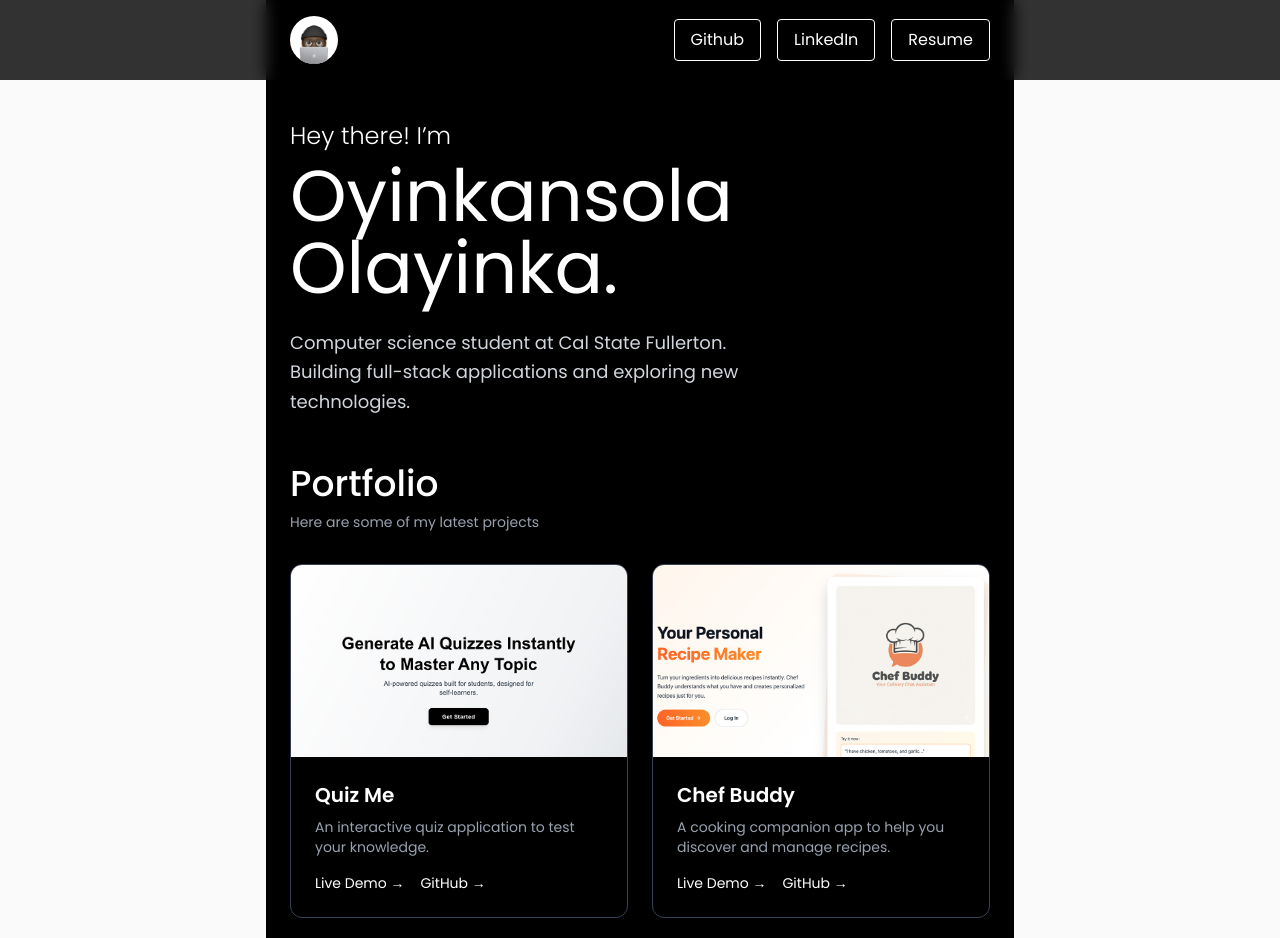
Repository: olasores/olasores-portfolio
Page: /
An editor plug-in stored every save of this project. The page is shown before and after the next save, followed by the edit.
The browser window is 1280 px wide. The pictures show the whole page.
The project was rebuilt for these pictures with package versions that can differ from the ones it lists, and the page was loaded fresh each time. The framework's server and built-in components were replaced by stand-ins that run in the browser. Also part of the build but not shown: next.config.ts.

Above is the page before, as saved 2025-11-11 13:12:04.

### app/layout.tsx
import type { Metadata } from "next";
import { Poppins } from "next/font/google";
import "./globals.css";
import Navbar from "./components/Navbar";

const poppins = Poppins({
  variable: "--font-poppins",
  weight: ["300", "400", "500", "600", "700"],
  subsets: ["latin"],
});

export const metadata: Metadata = {
  title: "Oyinkansola Olayinka | Portfolio",
  description: "Computer science student at Cal State Fullerton. Full-stack developer building intuitive applications.",
  icons: {
    icon: "/assets/olaimg2.webp",
  },
};

export default function RootLayout({
  children,
}: Readonly<{
  children: React.ReactNode;
}>) {
  return (
    <html lang="en">
      <body
        className={`${poppins.variable} antialiased`}
      >
        <Navbar />
        {children}
      </body>
    </html>
  );
}

### app/page.tsx
import HomeSection from "./components/HomeSection";

export default function Home() {
  return (

    <div className="flex min-h-screen items-center justify-center bg-zinc-50 font-sans dark:bg-black top-20">
      <HomeSection />

    </div>
  );
}

### app/globals.css
@import "tailwindcss";

* {
  font-family: 'Poppins', sans-serif;
}

:root {
  --background: #ffffff;
  --foreground: #171717;
}

@media (prefers-color-scheme: dark) {
  :root {
    --background: #0a0a0a;
    --foreground: #ededed;
  }
}

body {
  background: var(--background);
  color: var(--foreground);
}

### app/components/Navbar.tsx
export default function Navbar() {
    return (
        <nav className="fixed top-0 left-0 right-0 bg-black/80 backdrop-blur-sm px-6 py-4 z-50 flex justify-center">
            <div className="max-w-[700px] w-full flex items-center justify-between">
                {/* Logo */}
                <div className="relative w-12 h-12 rounded-full bg-white overflow-hidden flex items-center justify-center">
                    <img
                        src="/assets/olaimg2.webp"
                        alt="Oyinkansola Olayinka Logo"
                        className="w-full h-full object-cover"
                    />
                </div>

                {/* Links */}
                <div className="flex gap-4 text-sm md:text-base">
                    <a
                        href="https://github.com"
                        target="_blank"
                        rel="noopener noreferrer"
                        className="px-4 py-2 border border-white text-white rounded hover:bg-white hover:text-black transition"
                    >
                        Github
                    </a>
                    <a
                        href="https://linkedin.com"
                        target="_blank"
                        rel="noopener noreferrer"
                        className="px-4 py-2 border border-white text-white rounded hover:bg-white hover:text-black transition"
                    >
                        LinkedIn
                    </a>
                    <a
                        href="#"
                        className="px-4 py-2 border border-white text-white rounded hover:bg-white hover:text-black transition"
                    >
                        Resume
                    </a>
                </div>
            </div>
        </nav>
    );
}

### app/components/HomeSection.tsx
import Portfolio from "./Portfolio";
export default function HomeSection() {
    return (
        <div className="flex min-h-screen justify-center bg-black font-sans dark:bg-black px-6 py-5 pt-10 md:pt-30">
            <div className="max-w-[700px] w-full flex flex-col gap-12">
                {/* Text content */}
                <div className="flex flex-col gap-6 items-center md:items-start">
                    <div>
                        <h2 className="text-xl md:text-2xl font-light text-white mb-2">
                            Hey there! I&rsquo;m
                        </h2>
                        <h1 className="text-5xl md:text-7xl  text-white">
                            Oyinkansola Olayinka.
                        </h1>
                    </div>

                                        <p className="text-base md:text-lg text-gray-300 leading-relaxed max-w-lg">
                        Computer science student at Cal State Fullerton. Building full-stack applications and exploring new technologies.
                    </p>

                    {/* Links */}
                    {/* <div className="flex gap-6 text-lg md:text-xl text-white">
                        <a href="#" className="hover:text-gray-400 transition">
                            Github ↗
                        </a>
                        <a href="#" className="hover:text-gray-400 transition">
                            linkedin ↗
                        </a>
                        <a href="#" className="hover:text-gray-400 transition">
                            Resume ↗
                        </a>
                    </div> */}

                </div>
                <Portfolio />

            </div>
        </div>
    );
}

### app/components/Portfolio.tsx
export default function Portfolio() {
    return (
        <div className="flex justify-center bg-black font-sans dark:bg-black ">
            <div className="max-w-[700px] w-full flex flex-col gap-8">
                {/* Section Title */}
                <div>
                    <h2 className="text-3xl md:text-4xl font-medium text-white mb-2">
                        Portfolio
                    </h2>
                    <p className="text-gray-400 text-sm">
                        Here are some of my latest projects
                    </p>
                </div>

                {/* Projects Grid */}
                <div className="grid grid-cols-1 md:grid-cols-2 gap-6">
                    {/* Quiz Me Project */}
                    <div className="border border-gray-700 rounded-xl overflow-hidden hover:border-gray-500 transition flex flex-col">
                        {/* Project Image */}
                        <div className="w-full h-48 bg-gray-800 overflow-hidden">
                            <img
                                src="/assets/quizzy.png"
                                alt="Quiz Me Project"
                                className="w-full h-full object-cover"
                            />
                        </div>

                        {/* Project Details */}
                        <div className="p-6 flex flex-col gap-4 flex-1">
                            <div>
                                <h3 className="text-xl font-semibold text-white mb-2">
                                    Quiz Me
                                </h3>
                                <p className="text-gray-400 text-sm">
                                    An interactive quiz application to test your knowledge.
                                </p>
                            </div>

                            {/* Links */}
                            <div className="flex gap-4 text-sm mt-auto">
                                <a
                                    href="https://quiz-me-sandy.vercel.app/"
                                    target="_blank"
                                    rel="noopener noreferrer"
                                    className="text-white hover:text-gray-300 transition"
                                >
                                    Live Demo →
                                </a>
                                <a
                                    href="#"
                                    className="text-white hover:text-gray-300 transition"
                                >
                                    GitHub →
                                </a>
                            </div>
                        </div>
                    </div>

                    {/* Project Card 2 - Chef Buddy */}
                    <div className="border border-gray-700 rounded-xl overflow-hidden hover:border-gray-500 transition flex flex-col">
                        {/* Project Image */}
                        <div className="w-full h-48 bg-gray-800 overflow-hidden">
                            <img
                                src="/assets/chef.png"
                                alt="Chef Buddy Project"
                                className="w-full h-full object-cover"
                            />
                        </div>

                        {/* Project Details */}
                        <div className="p-6 flex flex-col gap-4 flex-1">
                            <div>
                                <h3 className="text-xl font-semibold text-white mb-2">
                                    Chef Buddy
                                </h3>
                                <p className="text-gray-400 text-sm">
                                    A cooking companion app to help you discover and manage recipes.
                                </p>
                            </div>

                            {/* Links */}
                            <div className="flex gap-4 text-sm mt-auto">
                                <a
                                    href="https://chef-buddy-rouge.vercel.app/"
                                    target="_blank"
                                    rel="noopener noreferrer"
                                    className="text-white hover:text-gray-300 transition"
                                >
                                    Live Demo →
                                </a>
                                <a
                                    href="#"
                                    className="text-white hover:text-gray-300 transition"
                                >
                                    GitHub →
                                </a>
                            </div>
                        </div>
                    </div>
                </div>
            </div>
        </div>
    );
}

After the next save:
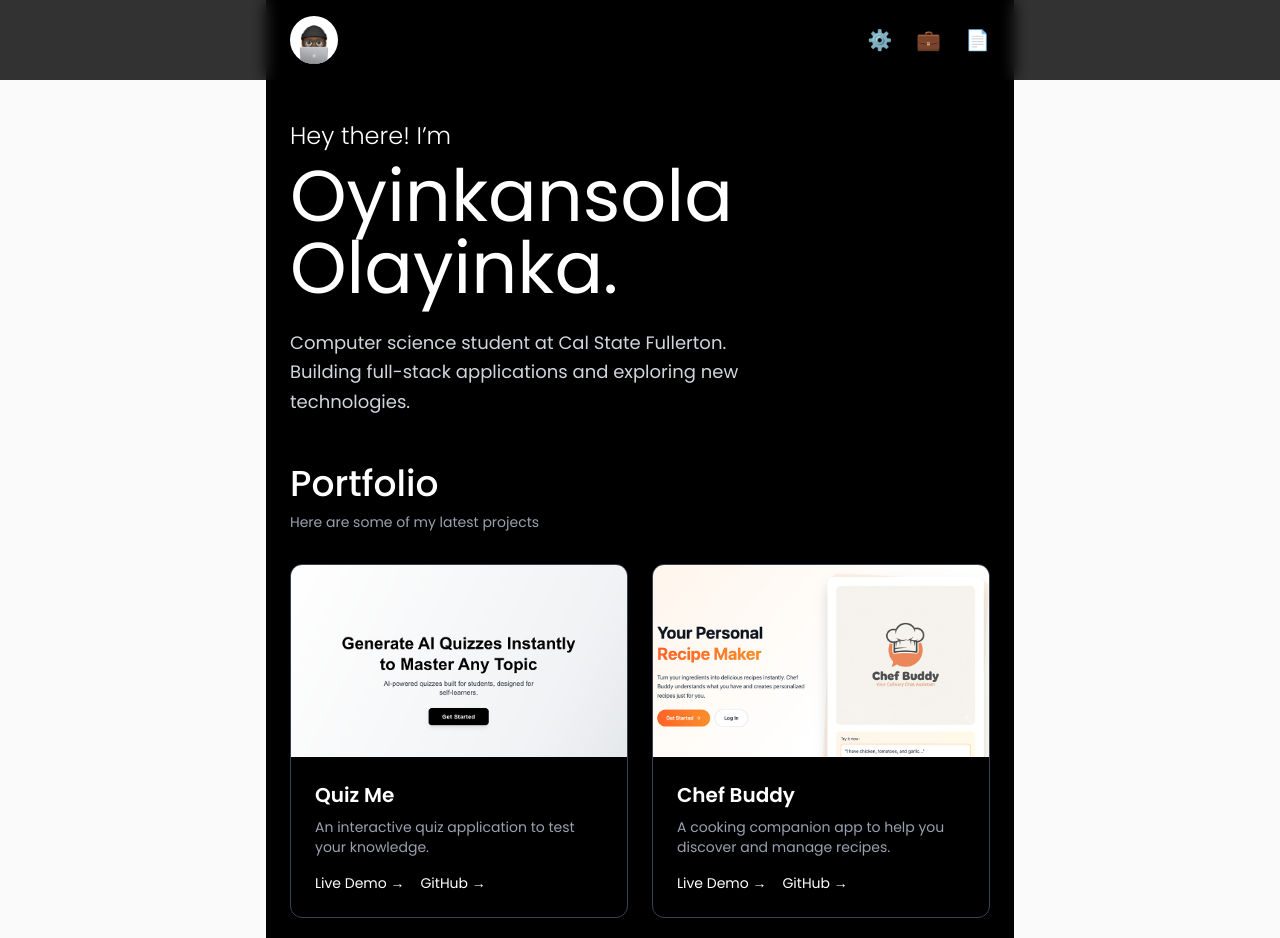
Saved 25 s later.
--- a/app/components/Navbar.tsx
+++ b/app/components/Navbar.tsx
@@ -11,29 +11,32 @@ export default function Navbar() {
                     />
                 </div>
 
-                {/* Links */}
-                <div className="flex gap-4 text-sm md:text-base">
+                {/* Links - Icons Only */}
+                <div className="flex gap-6 text-white text-xl">
                     <a
                         href="https://github.com"
                         target="_blank"
                         rel="noopener noreferrer"
-                        className="px-4 py-2 border border-white text-white rounded hover:bg-white hover:text-black transition"
+                        className="hover:text-gray-400 transition"
+                        title="GitHub"
                     >
-                        Github
+                        ⚙️
                     </a>
                     <a
                         href="https://linkedin.com"
                         target="_blank"
                         rel="noopener noreferrer"
-                        className="px-4 py-2 border border-white text-white rounded hover:bg-white hover:text-black transition"
+                        className="hover:text-gray-400 transition"
+                        title="LinkedIn"
                     >
-                        LinkedIn
+                        💼
                     </a>
                     <a
                         href="#"
-                        className="px-4 py-2 border border-white text-white rounded hover:bg-white hover:text-black transition"
+                        className="hover:text-gray-400 transition"
+                        title="Resume"
                     >
-                        Resume
+                        📄
                     </a>
                 </div>
             </div>
